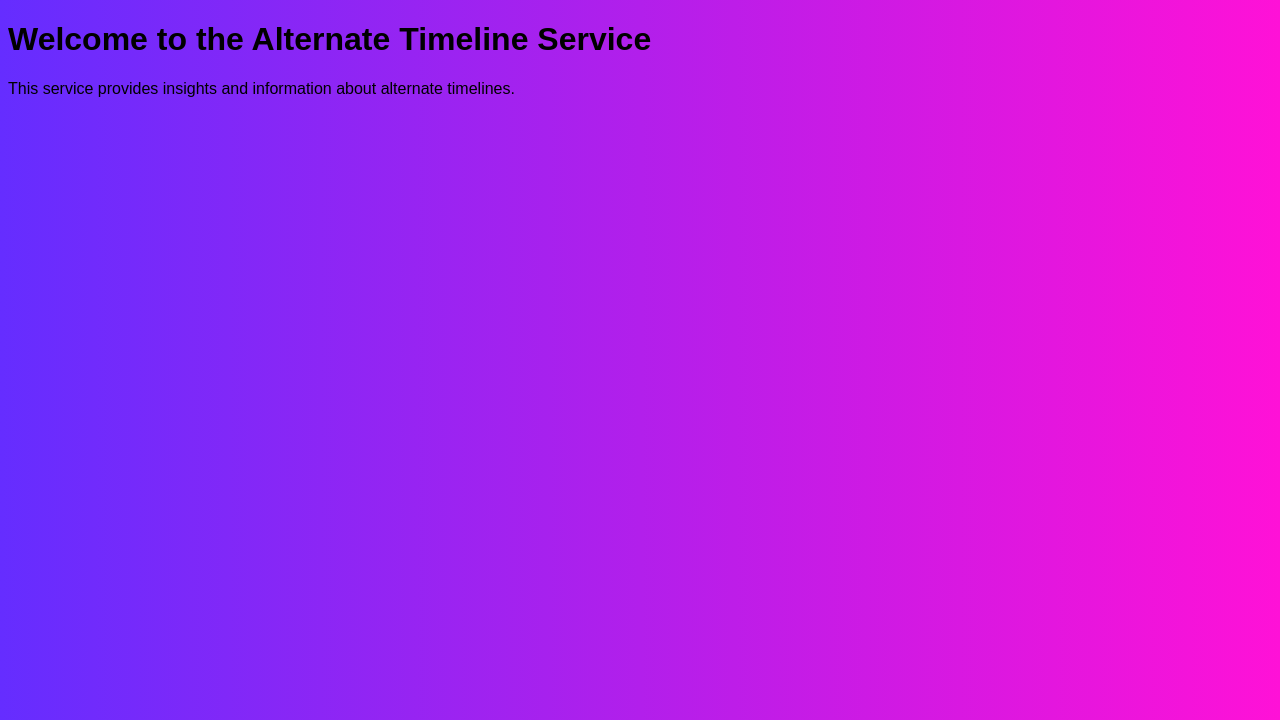
Repository: JovKun/DecisionCraft
Page: service/index.html
The author's editor kept a copy of each file at every save. The page is drawn from the files as they stood at one save, then again after a run of saves.
The browser window is 1280 px wide. The pictures show the whole page.

Above is the page before, as saved 2026-01-31 12:36:23.

### service/index.html
<!DOCTYPE html>
<html lang="en">
<head>
    <meta charset="UTF-8">
    <meta name="viewport" content="width=device-width, initial-scale=1.0">
    <title>Alternate Timeline</title>
    <link rel="stylesheet" href="style.css">
</head>
<body>
    <h1>Welcome to the Alternate Timeline Service</h1>
    <p>This service provides insights and information about alternate timelines.</p>
</body>
</html>

### service/style.css
/* style.css */
html {
    background: linear-gradient(to right, rgb(101, 45, 255), rgb(255, 17, 215));
    height: 100%;
    margin: 0;
    font-family: Arial, sans-serif;
}

After the next 4 saves:
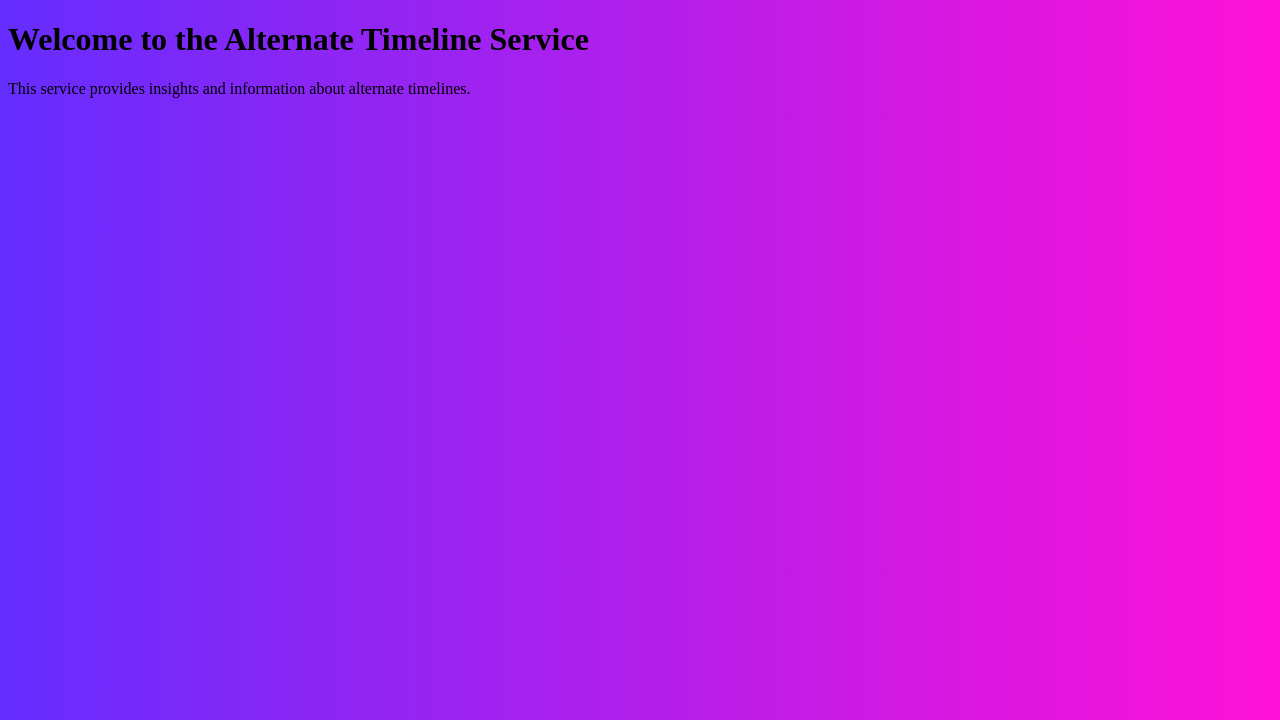
The 4 saves are shown as one change because they came seconds apart.
The last was saved 21 s later.
--- a/service/style.css
+++ b/service/style.css
@@ -1,6 +1,7 @@
 /* style.css */
 html {
     background: linear-gradient(to right, rgb(101, 45, 255), rgb(255, 17, 215));
+    /* Lo
     height: 100%;
     margin: 0;
     font-family: Arial, sans-serif;
